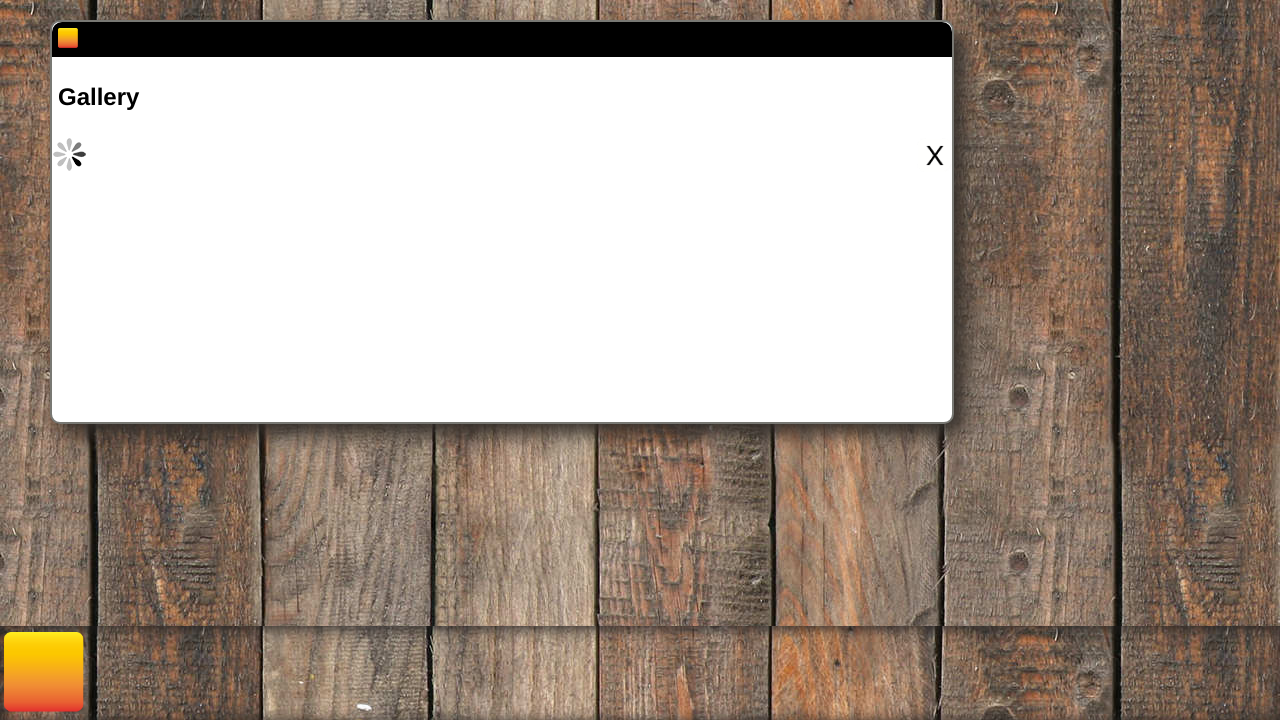
Repository: LindaOtt/1dv403-lo222hd-laborationer
Page: 5-pwd/index.html
The author's editor kept a record of every edit. The page is drawn from the files as they stood at one moment, then again after the next edit.
The browser window is 1280 px wide. The pictures show the whole page.
After loading, the first visible `img` was clicked once.
The page's requests for data from a server got no answer.

Above is the page before.

After the next edit:
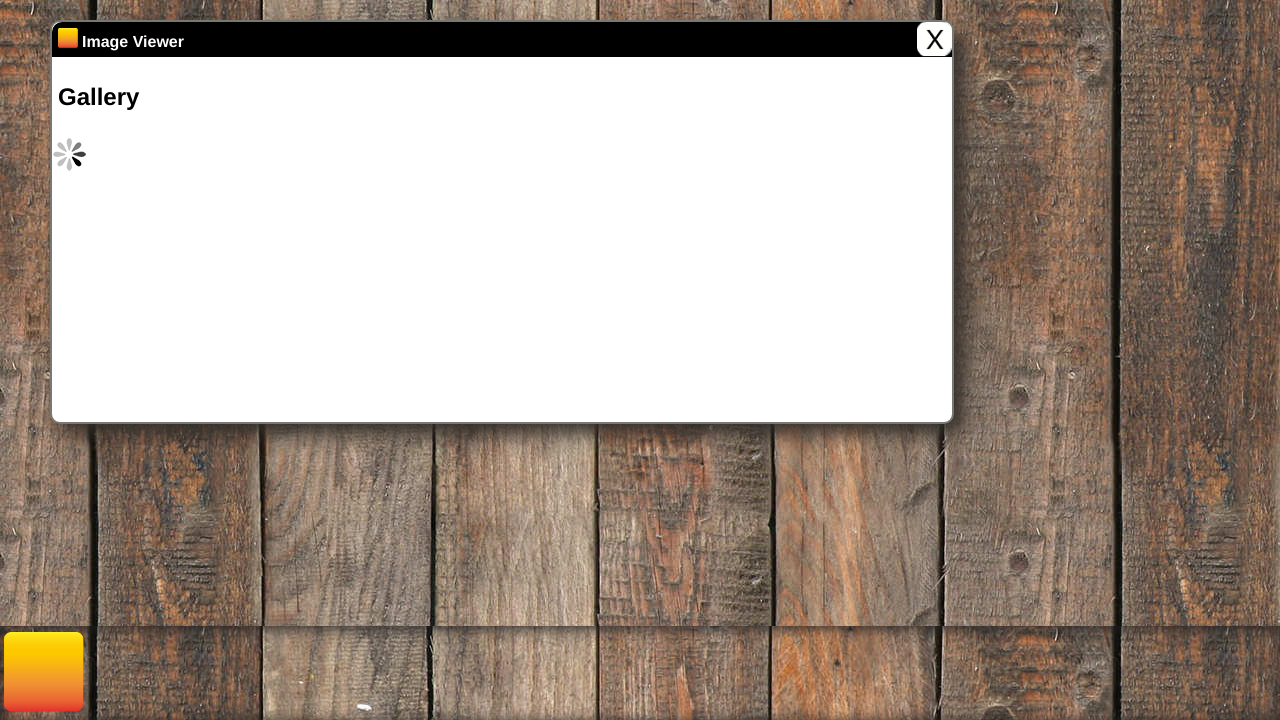
The edit:
--- a/5-pwd/script/project.js
+++ b/5-pwd/script/project.js
@@ -28,6 +28,7 @@
             galleryWindow.appendChild(galleryTitleDiv);
 
             var galleryTitleH1 = document.createElement("H1");
+            galleryTitleH1.id = "gallerytitleh1"
             var galleryTitleText = document.createTextNode("Image Viewer");
             galleryTitleH1.appendChild(galleryTitleText);
             galleryIcon.setAttribute("src","pics/icon.png");
